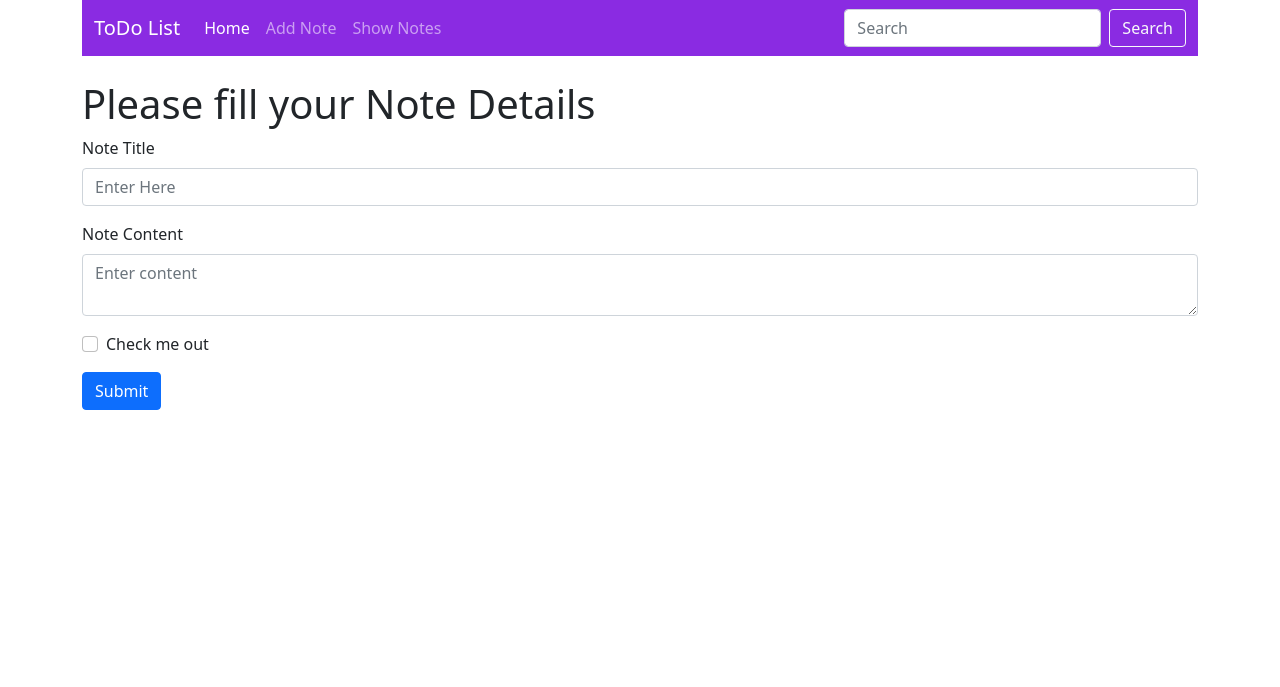
Repository: VishalSalvi17/Hibernate
Page: http://localhost/ToDoList/addnote.jsp
An editor plug-in stored every save of this project. The page is shown before and after the next save, followed by the edit.
The browser window is 1280 px wide. The pictures show the whole page.
The page is served by Tomcat 9. Other server files are loaded and not shown.

Above is the page before, as saved 2023-03-16 10:58:10.

### ToDoList/src/main/webapp/addnote.jsp
<%@ page language="java" contentType="text/html; charset=ISO-8859-1"
	pageEncoding="ISO-8859-1"%>
<!DOCTYPE html PUBLIC "-//W3C//DTD HTML 4.01 Transitional//EN" "http://www.w3.org/TR/html4/loose.dtd">
<html>
<head>
<!-- Required meta tags -->
<meta charset="utf-8">
<meta name="viewport" content="width=device-width, initial-scale=1">

<%@include file="all_js_css.jsp"%>
<title>Add Notes</title>
</head>
<body>
	<div class="container">
		<%@include file="navbar.jsp"%>
		<br>
		<h1>Please fill your Note Details</h1>

		<!-- This is form -->
		<form action = "SaveNoteServlet" method="post">
			<div class="mb-3">
				<label for="exampleInputEmail1" class="form-label">Note Title</label>
				<input type="text" class="form-control"
					id="title" aria-describedby="emailHelp" placeholder="Enter Here">

			</div>
			<div class="mb-3">
				<label for="exampleInputPassword1" class="form-label">Note Content</label>
				<textarea id="content" placeholder ="Enter content" class="form-control"></textarea>
			</div>
			<div class="mb-3 form-check">
				<input type="checkbox" class="form-check-input" id="exampleCheck1">
				<label class="form-check-label" for="exampleCheck1">Check me
					out</label>
			</div>
			<button type="submit" class="btn btn-primary">Submit</button>
		</form>
	</div>
</body>
</html>

### ToDoList/src/main/webapp/all_js_css.jsp
<!-- Bootstrap CSS -->
<link
	href="https://cdn.jsdelivr.net/npm/bootstrap@5.0.2/dist/css/bootstrap.min.css"
	rel="stylesheet"
	integrity="sha384-EVSTQN3/azprG1Anm3QDgpJLIm9Nao0Yz1ztcQTwFspd3yD65VohhpuuCOmLASjC"
	crossorigin="anonymous">

<!-- style path-->
<link href="css/style.css" rel="stylesheet">

<!-- Option 1: Bootstrap Bundle with Popper -->
<script
	src="https://cdn.jsdelivr.net/npm/bootstrap@5.0.2/dist/js/bootstrap.bundle.min.js"
	integrity="sha384-MrcW6ZMFYlzcLA8Nl+NtUVF0sA7MsXsP1UyJoMp4YLEuNSfAP+JcXn/tWtIaxVXM"
	crossorigin="anonymous"></script>

<!-- Option 2: Separate Popper and Bootstrap JS -->
<script
	src="https://cdn.jsdelivr.net/npm/@popperjs/core@2.9.2/dist/umd/popper.min.js"
	integrity="sha384-IQsoLXl5PILFhosVNubq5LC7Qb9DXgDA9i+tQ8Zj3iwWAwPtgFTxbJ8NT4GN1R8p"
	crossorigin="anonymous"></script>
<script
	src="https://cdn.jsdelivr.net/npm/bootstrap@5.0.2/dist/js/bootstrap.min.js"
	integrity="sha384-cVKIPhGWiC2Al4u+LWgxfKTRIcfu0JTxR+EQDz/bgldoEyl4H0zUF0QKbrJ0EcQF"
	crossorigin="anonymous"></script>

### ToDoList/src/main/webapp/navbar.jsp
<nav class="navbar navbar-expand-lg navbar-dark blue">
  <div class="container-fluid">
    <a class="navbar-brand" href="index.jsp">ToDo List</a>
    <button class="navbar-toggler" type="button" data-bs-toggle="collapse" data-bs-target="#navbarSupportedContent" aria-controls="navbarSupportedContent" aria-expanded="false" aria-label="Toggle navigation">
      <span class="navbar-toggler-icon"></span>
    </button>
    <div class="collapse navbar-collapse" id="navbarSupportedContent">
      <ul class="navbar-nav me-auto mb-2 mb-lg-0">
        <li class="nav-item">
          <a class="nav-link active" aria-current="page" href="index.jsp">Home</a>
        </li>
        <li class="nav-item">
          <a class="nav-link" href="addnote.jsp">Add Note</a>
        </li>
        <li class="nav-item">
          <a class="nav-link" href="#" tabindex="-1">Show Notes</a>
        </li>
      </ul>
      <form class="d-flex">
        <input class="form-control me-2" type="search" placeholder="Search" aria-label="Search">
        <button class="btn btn-outline-light" type="submit">Search</button>
      </form>
    </div>
  </div>
</nav>

### ToDoList/src/main/webapp/css/style.css
.blue{
	background:#8A2BE2;
}

After the next save:
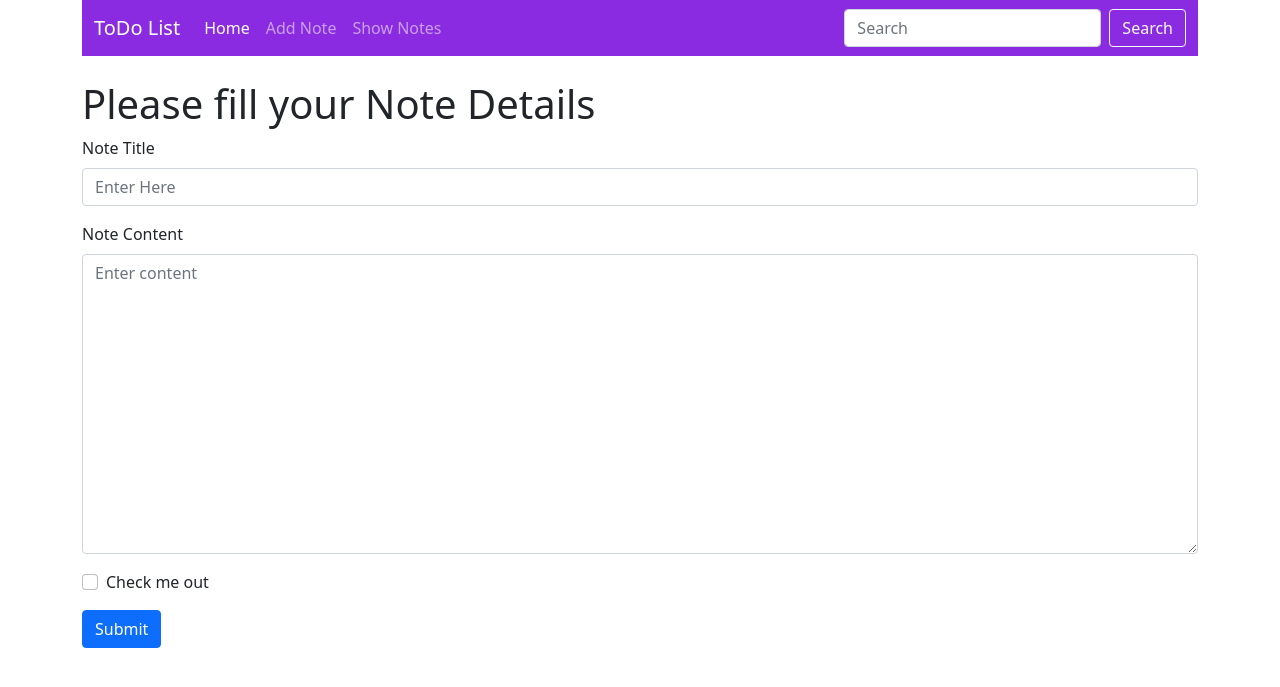
Saved 37 s later.
--- a/ToDoList/src/main/webapp/addnote.jsp
+++ b/ToDoList/src/main/webapp/addnote.jsp
@@ -26,7 +26,7 @@
 			</div>
 			<div class="mb-3">
 				<label for="exampleInputPassword1" class="form-label">Note Content</label>
-				<textarea id="content" placeholder ="Enter content" class="form-control"></textarea>
+				<textarea id="content" placeholder ="Enter content" class="form-control" style="height:300px;"></textarea>
 			</div>
 			<div class="mb-3 form-check">
 				<input type="checkbox" class="form-check-input" id="exampleCheck1">
